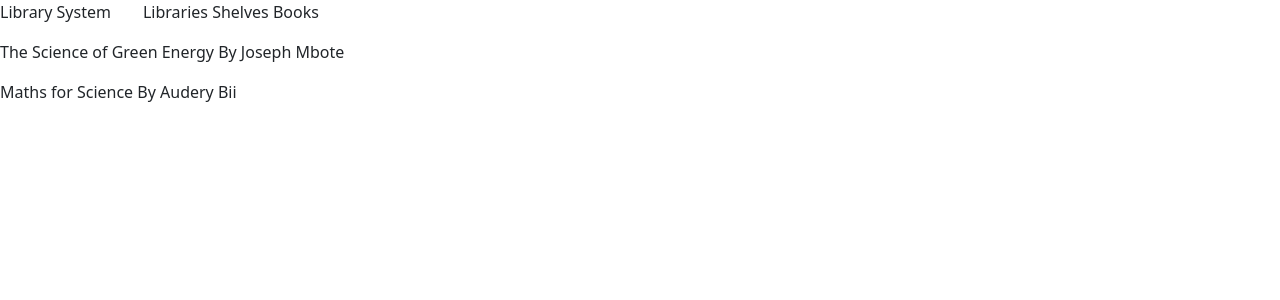
Repository: Mbote-Joseph/Library-Shelves-Books-Managements
Page: http://localhost/book
An editor plug-in stored every save of this project. The page is shown before and after the next save, followed by the edit.
The browser window is 1280 px wide. The pictures show the whole page.
The page is served by the project's application, run on Django 5.2 (manage.py). Other server files are loaded and not shown. The page reads the database file committed with the project.

Above is the page before, as saved 2025-12-30 18:18:01.

### books/templates/books/book_view.html
{% extends "base.html" %}

{% block title %}
    Books List
{% endblock %}


{% block content %}
    {% for book in books %}
        <p> {{book}} </p>
    {% endfor %}
{% endblock %}

### static/templates/base.html
{% load static %}
<!doctype html>
<html lang="en">
  <head>
    <meta charset="utf-8">
    <meta name="viewport" content="width=device-width, initial-scale=1">
    <title>
        {% block title %}

        {% endblock %}
    </title>
    <link href="https://cdn.jsdelivr.net/npm/bootstrap@5.3.8/dist/css/bootstrap.min.css" rel="stylesheet" integrity="sha384-sRIl4kxILFvY47J16cr9ZwB07vP4J8+LH7qKQnuqkuIAvNWLzeN8tE5YBujZqJLB" crossorigin="anonymous">
    <link rel="stylesheet" type='text/css' href="{% static 'css/styles.css' %}">
  </head>
  <body>
    <nav class="nav">
      <span> Library System </span>
      <span>
        <ul>
          <a> Libraries </a>
          <a> Shelves </a>
          <a> Books </a>
        </ul>
      </span>

    </nav>

    {% block content %}

    {% endblock %}


    <script src="https://cdn.jsdelivr.net/npm/bootstrap@5.3.8/dist/js/bootstrap.bundle.min.js" integrity="sha384-FKyoEForCGlyvwx9Hj09JcYn3nv7wiPVlz7YYwJrWVcXK/BmnVDxM+D2scQbITxI" crossorigin="anonymous"></script>
  </body>
</html>

### books/models.py
from django.db import models

# Create your models here.
class Library(models.Model):
    name = models.CharField(max_length=50)
    students_capacity = models.IntegerField()
    location = models.CharField(max_length=100)
    created_on = models.DateTimeField(auto_now_add=True)

    def __str__(self):
        return f"{self.name} - {self.location}"

class Shelf(models.Model):
    label = models.CharField(max_length=50)
    books_capacity = models.CharField()
    library = models.ForeignKey(Library, on_delete=models.CASCADE)
    created_on = models.DateTimeField(auto_now_add=True)

    def __str__(self):
        return f"{self.label} On {self.library} Library"

class Book(models.Model):
    title = models.CharField(max_length=100)
    author = models.CharField(max_length=100)
    isbn = models.CharField(max_length=10)
    description = models.TextField()
    is_published = models.BooleanField(default=False)
    is_new = models.BooleanField(default=False)
    shelf = models.ForeignKey(Shelf, on_delete=models.CASCADE)

    def __str__(self):
        return f"{self.title} By {self.author}"

### books/views.py
from django.shortcuts import render
from django.views.generic import ListView

from .models import Library, Shelf, Book

# Create your views here.
class LibraryListView(ListView):
    model = Library
    context_object_name = "libraries"
    queryset = Library.objects.all()
    template_name = 'books/library_view.html'

class ShelfListView(ListView):
    model = Shelf
    context_object_name = "shelves"
    queryset = Shelf.objects.all()
    template_name = 'books/shelf_view.html'


class BookListView(ListView):
    model = Book
    context_object_name = "books"
    queryset = Book.objects.all()
    template_name = 'books/book_view.html'

### learn/urls.py
"""
URL configuration for learn project.

The `urlpatterns` list routes URLs to views. For more information please see:
    https://docs.djangoproject.com/en/6.0/topics/http/urls/
Examples:
Function views
    1. Add an import:  from my_app import views
    2. Add a URL to urlpatterns:  path('', views.home, name='home')
Class-based views
    1. Add an import:  from other_app.views import Home
    2. Add a URL to urlpatterns:  path('', Home.as_view(), name='home')
Including another URLconf
    1. Import the include() function: from django.urls import include, path
    2. Add a URL to urlpatterns:  path('blog/', include('blog.urls'))
"""
from django.contrib import admin
from django.urls import path, include

urlpatterns = [
    path('admin/', admin.site.urls),
    path('', include('books.urls'))
]

### books/urls.py
from django.urls import path

from books.views import LibraryListView, ShelfListView, BookListView

urlpatterns = [
    path('', LibraryListView.as_view(), name = 'libraries'),
    path('shelf', ShelfListView.as_view(), name = 'shelves'),
    path('book', BookListView.as_view(), name="books")
]

### static/css/styles.css
/**
 * Copyright 2025 josephmbote
 *
 * Licensed under the Apache License, Version 2.0 (the "License");
 * you may not use this file except in compliance with the License.
 * You may obtain a copy of the License at
 *
 *     https://www.apache.org/licenses/LICENSE-2.0
 *
 * Unless required by applicable law or agreed to in writing, software
 * distributed under the License is distributed on an "AS IS" BASIS,
 * WITHOUT WARRANTIES OR CONDITIONS OF ANY KIND, either express or implied.
 * See the License for the specific language governing permissions and
 * limitations under the License.
 */

.library {
    width: 300px;
    /* min-width: 200px; */
    height: 150px;
    /* max-height: 400px; */
    background-color: #f7f7f7;
    box-shadow: 5px 0 5px 0 #ee6e73;
    border: none;
    margin: 20px;
    padding: 30px;
    border-radius: 20px;
}

.cards{
    display: flex;
}

### db.sqlite3 (the tables this page reads, as SQL)
CREATE TABLE "books_book" ("id" integer NOT NULL PRIMARY KEY AUTOINCREMENT, "title" varchar(100) NOT NULL, "author" varchar(100) NOT NULL, "isbn" varchar(10) NOT NULL, "description" text NOT NULL, "is_published" bool NOT NULL, "is_new" bool NOT NULL, "shelf_id" bigint NOT NULL REFERENCES "books_shelf" ("id") DEFERRABLE INITIALLY DEFERRED);
INSERT INTO "books_book" VALUES
(1, 'The Science of Green Energy', 'Joseph Mbote', 'qwe1234', 'The Book that describes how the world energy can be recycled', 1, 0, 1),
(2, 'Maths for Science', 'Audery Bii', 'MfS001', 'Mathematics for Science Volume 2 New Edition', 0, 0, 2);

After the next save:
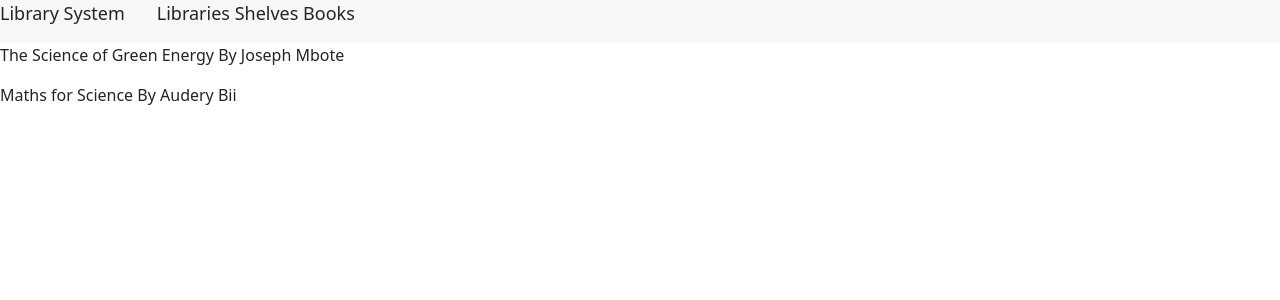
Saved 115 s later.
--- a/static/css/styles.css
+++ b/static/css/styles.css
@@ -13,6 +13,15 @@
  * See the License for the specific language governing permissions and
  * limitations under the License.
  */
+
+.nav{
+    left: 0;
+    top: 0;
+    width: 100%;
+    background-color: #f7f7f7;
+    font-size: large;
+    font-style: 'Times New Roman';
+}
 
 .library {
     width: 300px;
